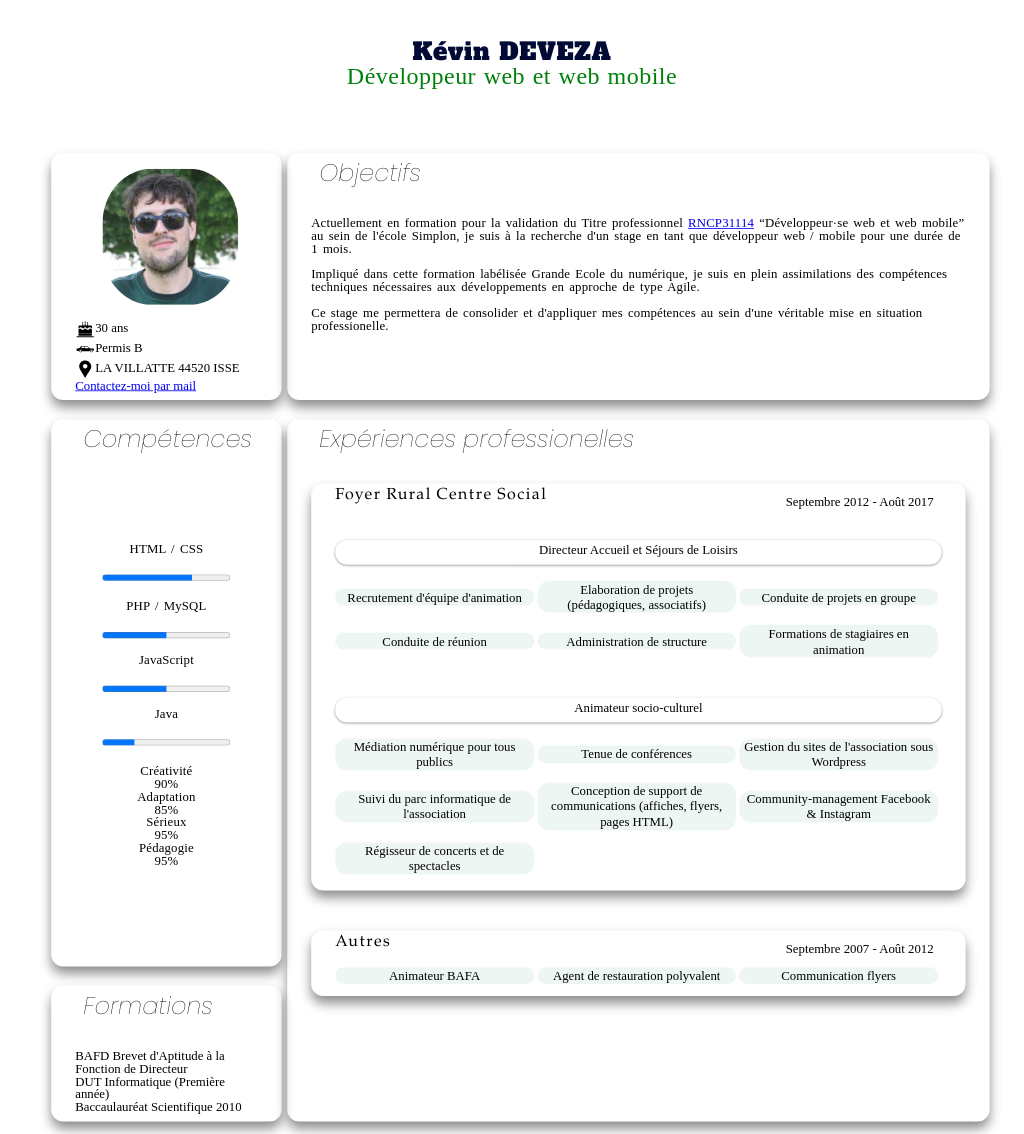
Repository: KevinDvZ/kevindvz.github.io
Page: index.html
An editor plug-in stored every save of this project. The page is shown before and after the next save, followed by the edit.
The browser window is 1280 px wide. The pictures show the whole page, at 80% of full size.

Above is the page before, as saved 2020-10-31 23:30:45.

After the next save:
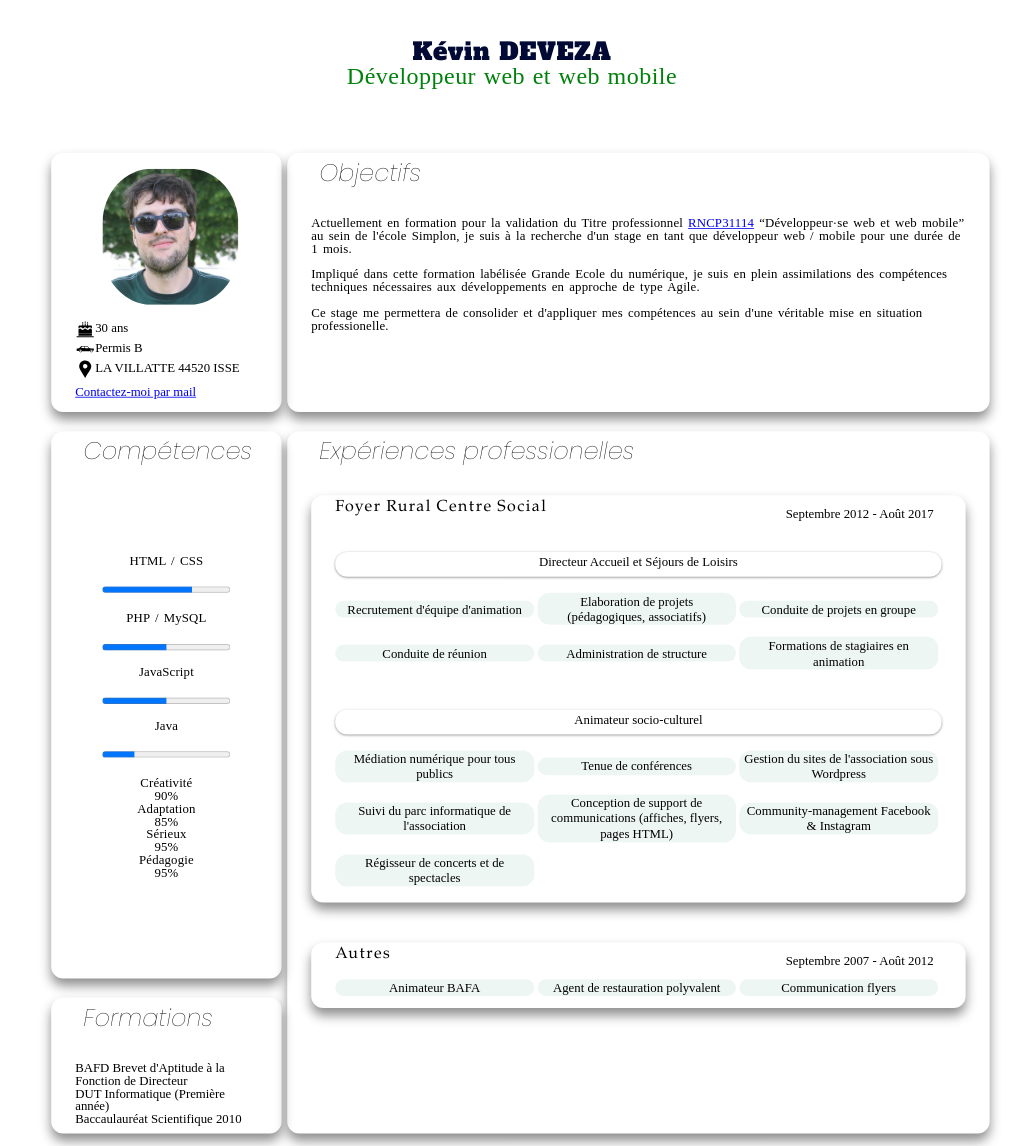
Saved 65 s later.
--- a/css/cv_deveza.css
+++ b/css/cv_deveza.css
@@ -125,6 +125,8 @@ h3 {
 
 #cadre-contact a {
   text-decoration: underline;
+  display: block;
+  margin: 8px auto 7px auto;
 }
 progress {
   margin: 15px 15px 15px 15px;
